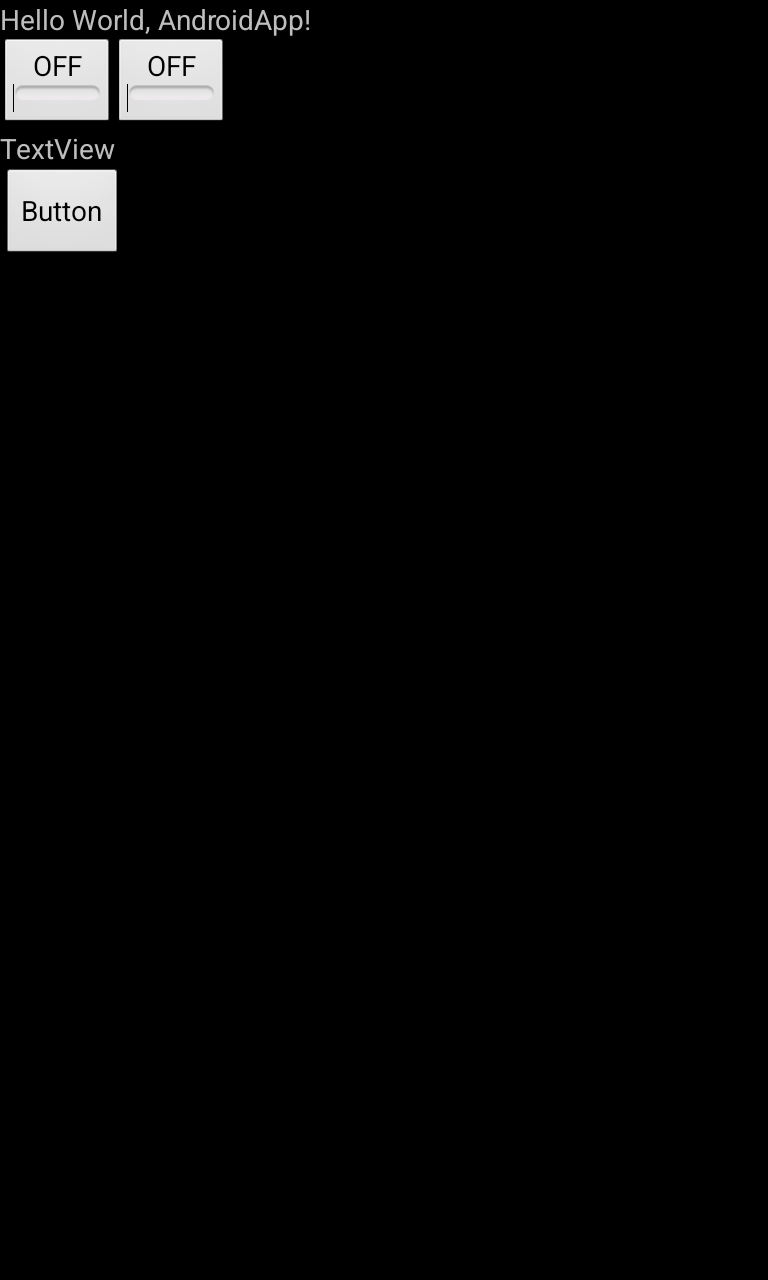
Repository: ondemanddesign/AndroidApp
Layout: AndroidApp/res/layout/main.xml
The author's editor kept a copy of each file at every save. The layout is drawn from the files as they stood at one save, then again after the next save.
It is drawn on a 768 x 1280 px phone screen (xhdpi) without system bars, with theme android:Theme; the app's code is not run.

Above is the layout before, as saved 2011-06-15 15:27:24.

### AndroidApp/res/layout/main.xml
<?xml version="1.0" encoding="utf-8"?>
<LinearLayout xmlns:android="http://schemas.android.com/apk/res/android"
    android:orientation="vertical"
    android:layout_width="fill_parent"
    android:layout_height="fill_parent"
    >
<TextView
    android:layout_width="fill_parent"
    android:layout_height="wrap_content"
    android:text="@string/hello"
    />
<LinearLayout android:id="@+id/linearLayout1" android:layout_width="match_parent" android:layout_height="wrap_content">
    <ToggleButton android:text="ToggleButton" android:id="@+id/toggleButton1" android:layout_width="wrap_content" android:layout_height="wrap_content"></ToggleButton>
    <ToggleButton android:text="ToggleButton" android:id="@+id/toggleButton2" android:layout_width="wrap_content" android:layout_height="wrap_content"></ToggleButton>
</LinearLayout>
<TextView android:layout_width="wrap_content" android:text="TextView" android:layout_height="wrap_content" android:id="@+id/LED_State"></TextView>
<Button android:layout_width="wrap_content" android:id="@+id/MyLED1" android:text="Button" android:layout_height="wrap_content"></Button>
</LinearLayout>

### AndroidApp/res/values/strings.xml
<?xml version="1.0" encoding="utf-8"?>
<resources>
    <string name="hello">Hello World, AndroidApp!</string>
    <string name="app_name">AndroidApp</string>
</resources>

After the next save:
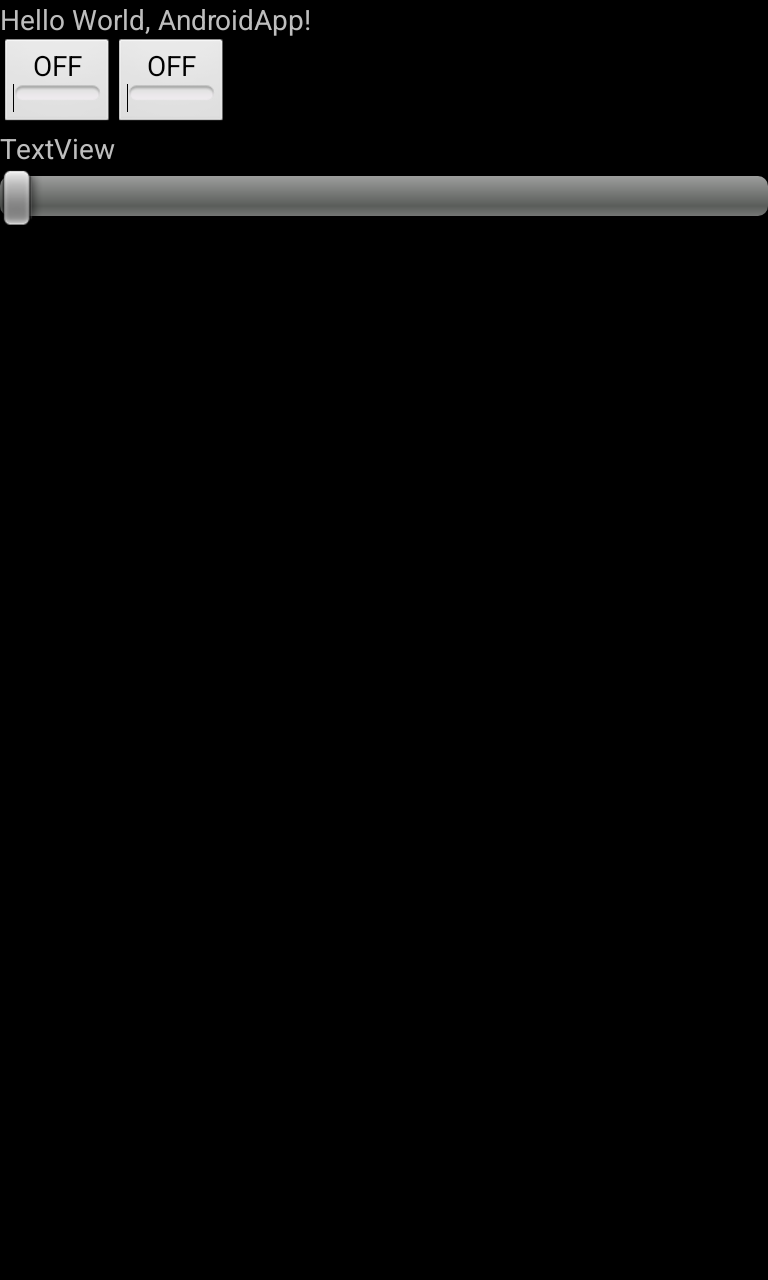
Saved 76 min 3 s later.
--- a/AndroidApp/res/layout/main.xml
+++ b/AndroidApp/res/layout/main.xml
@@ -14,5 +14,5 @@
     <ToggleButton android:text="ToggleButton" android:id="@+id/toggleButton2" android:layout_width="wrap_content" android:layout_height="wrap_content"></ToggleButton>
 </LinearLayout>
 <TextView android:layout_width="wrap_content" android:text="TextView" android:layout_height="wrap_content" android:id="@+id/LED_State"></TextView>
-<Button android:layout_width="wrap_content" android:id="@+id/MyLED1" android:text="Button" android:layout_height="wrap_content"></Button>
+<SeekBar android:id="@+id/led1Brightness" android:layout_height="wrap_content" android:layout_width="match_parent"></SeekBar>
 </LinearLayout>
